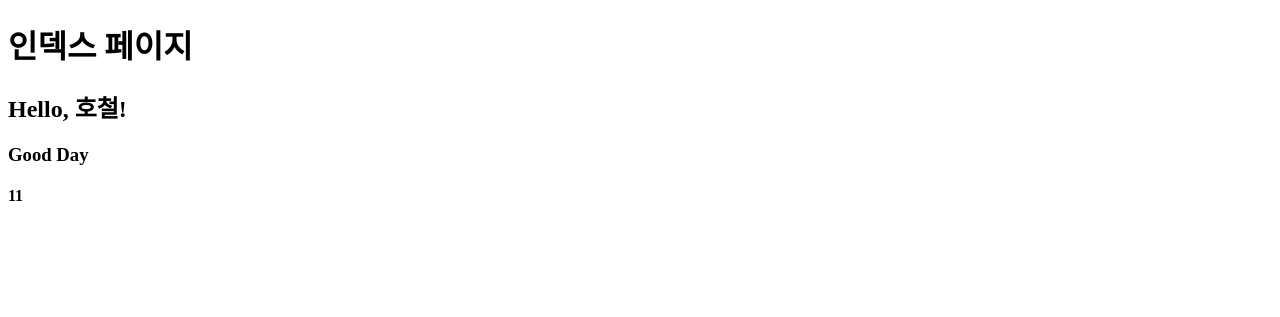
Repository: Sid0130/HTML
Page: lab-web/lab01_html/src/main/webapp/index.html
The author's editor kept a copy of each file at every save. The page is drawn from the files as they stood at one save, then again after the next save.
The browser window is 1280 px wide. The pictures show the whole page.

Above is the page before, as saved 2024-12-02 07:39:25.

### lab-web/lab01_html/src/main/webapp/index.html
<!DOCTYPE html>
<html>
<head>
<meta charset="UTF-8">
<title>Lab01</title>
</head>
<body>
    <h1>인덱스 페이지</h1>
    <h2>Hello, 호철!</h2>
    <h3>Good Day</h3>
    <h4>11</h4>
</body>
</html>

After the next save:
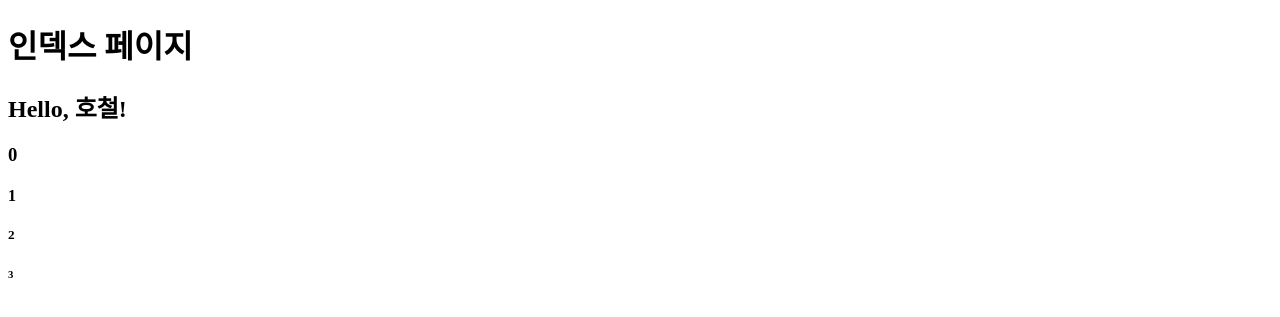
Saved 2 min 48 s later.
--- a/lab-web/lab01_html/src/main/webapp/index.html
+++ b/lab-web/lab01_html/src/main/webapp/index.html
@@ -7,7 +7,10 @@
 <body>
     <h1>인덱스 페이지</h1>
     <h2>Hello, 호철!</h2>
-    <h3>Good Day</h3>
-    <h4>11</h4>
+    <h3>0</h3>
+    <h4>1</h4>
+    <h5>2</h5>
+    <h6>3</h6>
+
 </body>
 </html>
